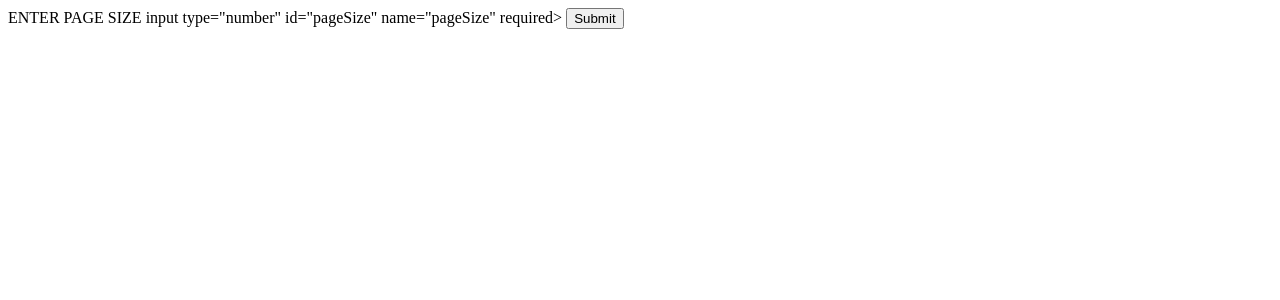
Repository: danishfiroz0/HibernateCodes
Page: PaginationProject/src/main/webapp/index.html
The author's editor kept a copy of each file at every save. The page is drawn from the files as they stood at one save, then again after the next save.
The browser window is 1280 px wide. The pictures show the whole page.

Above is the page before, as saved 2024-07-18 07:12:43.

After the next save:
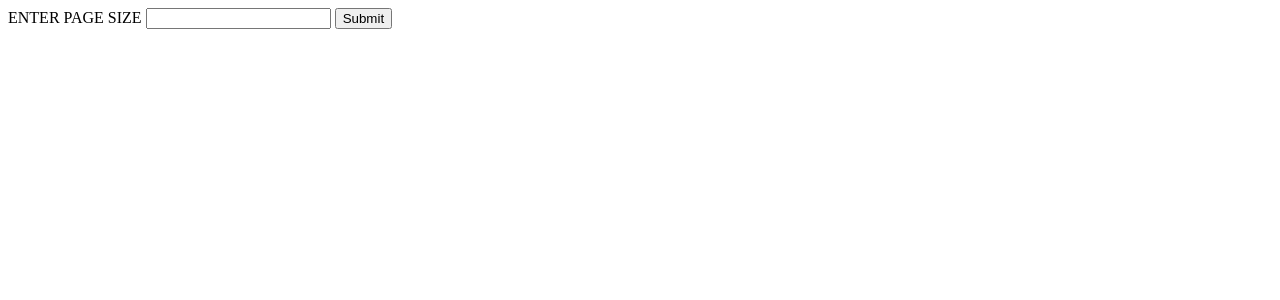
Saved 9 s later.
--- a/PaginationProject/src/main/webapp/index.html
+++ b/PaginationProject/src/main/webapp/index.html
@@ -7,7 +7,7 @@
 <body>
 	<form>
 		<label for="pageSize" >ENTER PAGE SIZE</label>
-		input type="number" id="pageSize" name="pageSize" required>
+		<input type="number" id="pageSize" name="pageSize" required>
         <button type="submit">Submit</button>
 	</form>
 </body>
